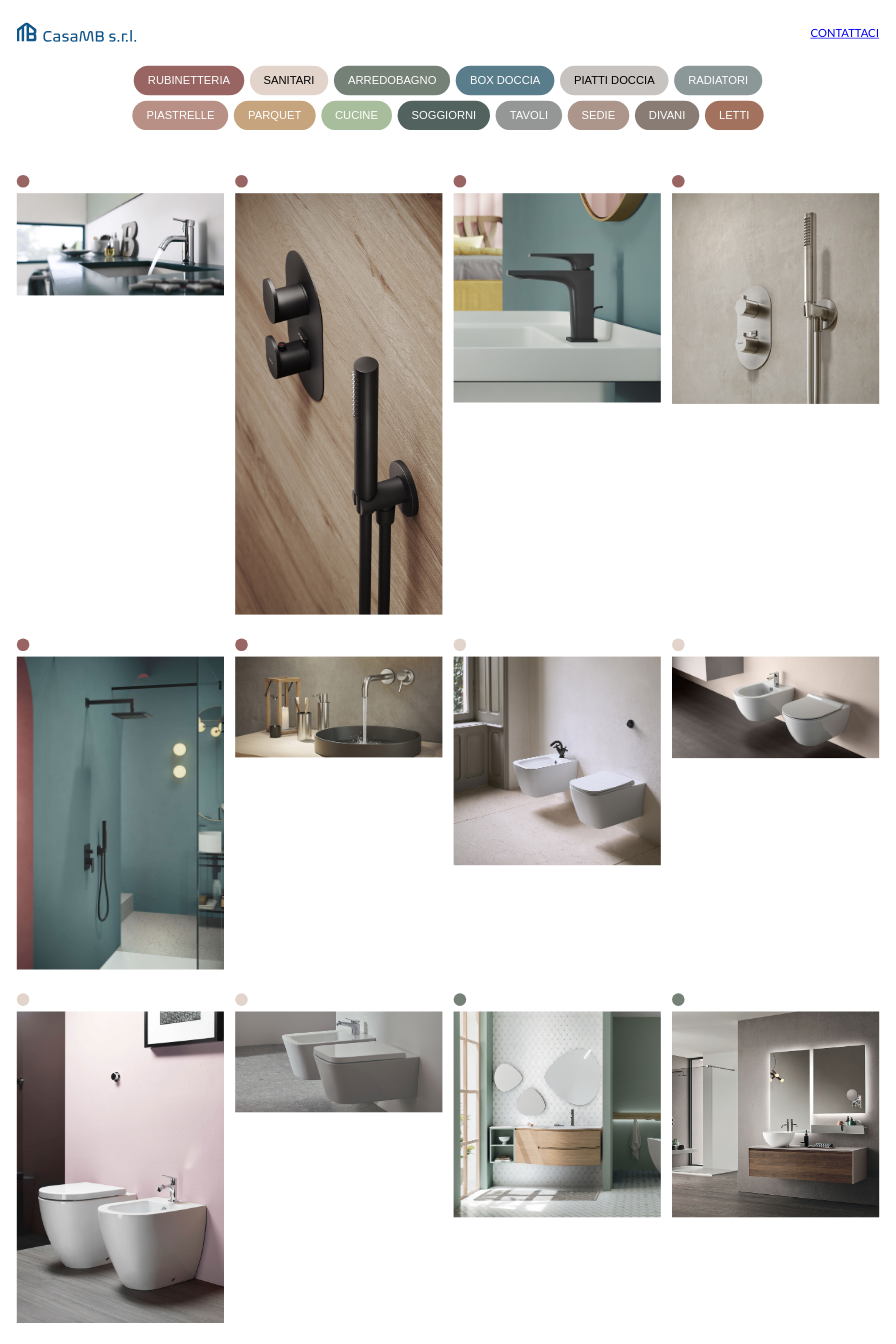
Repository: nicolorz/casamb
Page: /
An editor plug-in stored every save of this project. The page is shown before and after the next save, followed by the edit.
The browser window is 1280 px wide. The pictures show the part of the page from y = 0 to 1920 px (the page is 6734 px tall before and 7484 px after), at 70% of full size.
The project was rebuilt for these pictures with package versions that can differ from the ones it lists, and the page was loaded fresh each time. Also part of the build but not shown: src/index.css, src/App.css.

Above is the page before, as saved 2023-07-19 17:14:49.

After the next save:
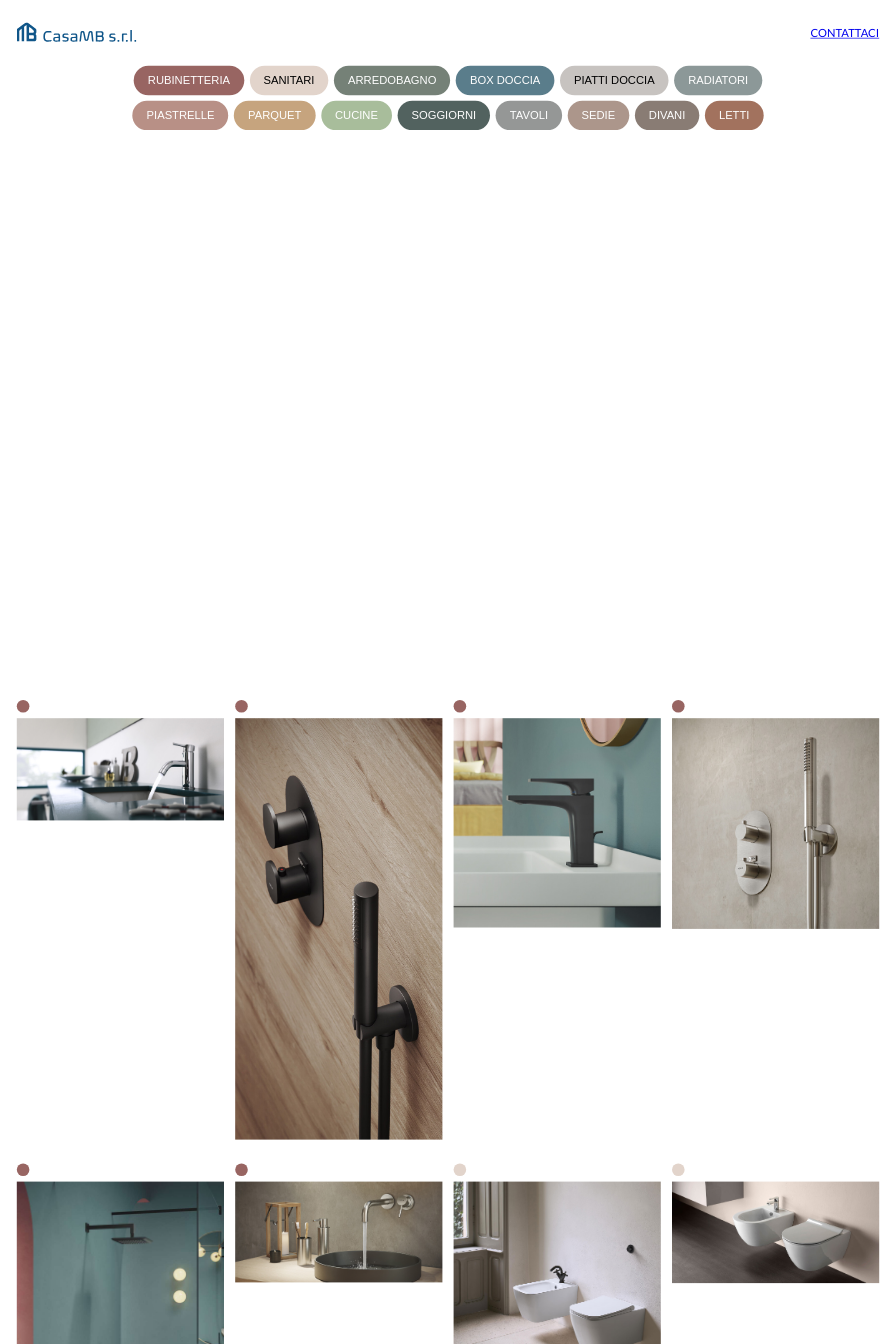
Saved 2 min 12 s later.
--- a/src/components/CardWrapper/CardWrapper.js
+++ b/src/components/CardWrapper/CardWrapper.js
@@ -259,13 +259,13 @@ export const CardWrapper = () => {
     const [headerHeight, setHeaderHeight] = useState(1000)
     /* const pippo = document.getElementById("header").offsetHeight(); */
     return (
-        <div className="card-wrapper">
+        <div className="card-wrapper" style={{marginTop: headerHeight}}>
             {images.map((img) => {
                 return (
                     <CardItem
                     key={img.source}
                     card={img}
-                    style={{marginTop: headerHeight}} />
+                 />
                 )
             })}
         </div>
